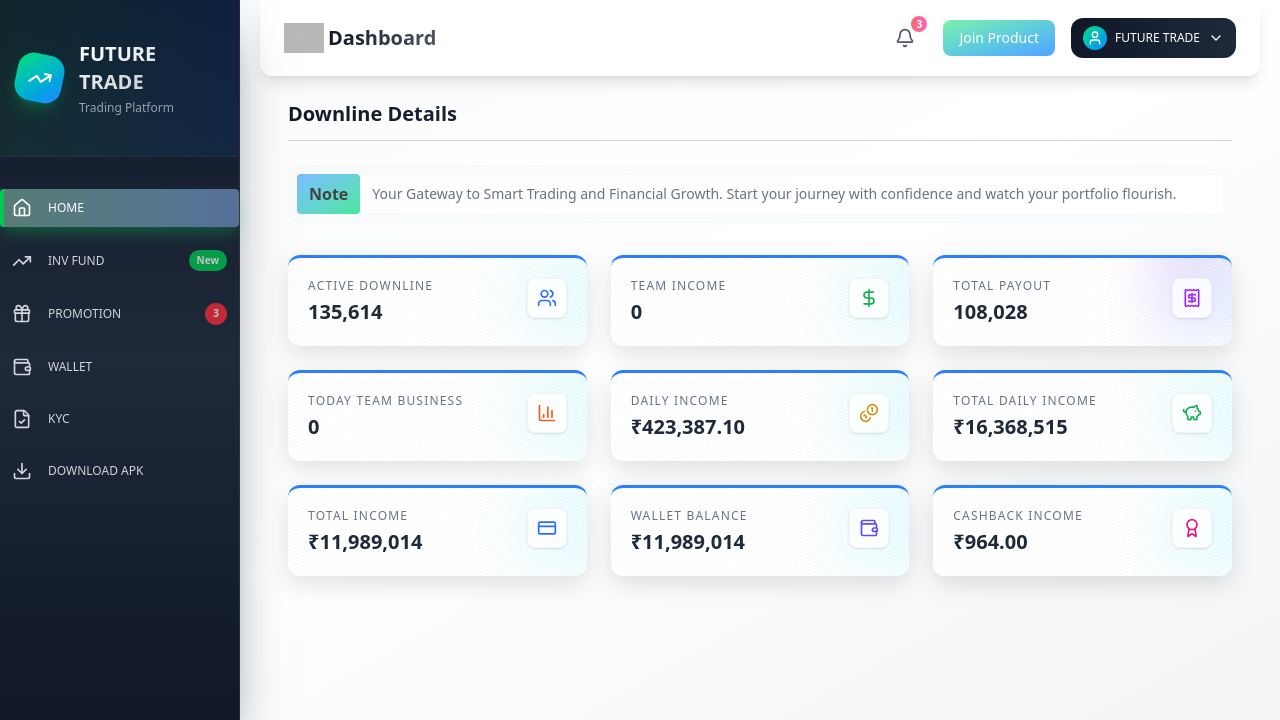
Repository: GauraVPandeyyy/Trade
Page: /
These files come from the project's save history. The page is drawn as it stood at one moment and after the next save; the edit follows.
The browser window is 1280 px wide. The pictures show the whole page.
Pictures or frames that could not be fetched are drawn as grey boxes. The project was rebuilt for these pictures with package versions that can differ from the ones it lists, and the page was loaded fresh each time. Some packages were replaced by stand-ins written for this rebuild. Also part of the build but not shown: vite.config.js, src/pages/Home.jsx, src/pages/InvFund.jsx, src/pages/Promotion.jsx, src/pages/Wallet.jsx, src/pages/Kyc.jsx, src/pages/DownloadApk.jsx.

Above is the page before, as saved 2025-08-02 13:39:13.

### src/main.jsx
import { StrictMode } from 'react'
import { createRoot } from 'react-dom/client'
import './index.css'
import App from './App.jsx'
import { BrowserRouter, RouterProvider } from 'react-router-dom'
import router from './routes.jsx/router.jsx'

createRoot(document.getElementById('root')).render(
  <StrictMode>
    <RouterProvider router={router} />
  </StrictMode>,
)

### src/App.jsx
import React from 'react'
import Sidebar from './components/Sidebar'
import { Outlet } from 'react-router-dom'
import Dashboard from './pages/Dashboard'
function App() {
  return (
    // <div className='text-center bg-gray-950 relative text-white min-h-screen w-screen'>
    //   <div className='absolute top-0 left-0 bottom-0 w-[300px] h-screen'>
    //     <Sidebar />
    //   </div>
    //   <Outlet />
    //   <h1>hello from h1</h1>
    // </div>
    <Dashboard />
  )
}

export default App

### src/routes.jsx/router.jsx
import App from "../App";
import Home from "../pages/Home";
import InvFund from "../pages/InvFund";
import Promotion from "../pages/Promotion";
import Wallet from "../pages/Wallet";
import Kyc from "../pages/Kyc";
import DownloadApk from "../pages/DownloadApk";
import { createBrowserRouter } from "react-router-dom";

const router = createBrowserRouter([
    {
        path: "/",
        element: <App />,
        children: [
            { path: "", element: <Home /> },
            { path: "inv-fund", element: <InvFund /> },
            { path: "promotion", element: <Promotion /> },
            { path: "wallet", element: <Wallet /> },
            { path: "kyc", element: <Kyc /> },
            { path: "download", element: <DownloadApk /> },
        ],
    },
]);

export default router;

### src/pages/Dashboard.jsx
import React, { useState, useEffect } from 'react';
import {
  Home,
  TrendingUp,
  Gift,
  Wallet,
  FileCheck,
  Download,
  Menu,
  X,
  Bell,
  ChevronDown,
  Users,
  DollarSign,
  CreditCard,
  BarChart3,
  PiggyBank,
  Coins,
  Receipt,
  Award,
  Search,
  Settings,
  LogOut,
  User
} from 'lucide-react';
import Sidebar from '../components/Sidebar';
import Header from '../components/Header';
import DashboardCard from '../components/DashboardCard'
// Enhanced hook for sidebar with responsive behavior
const useSidebarToggle = () => {
  const [isOpen, setIsOpen] = useState(false);
  const [isMobile, setIsMobile] = useState(false);

  useEffect(() => {
    const checkScreenSize = () => {
      setIsMobile(window.innerWidth < 768);
      if (window.innerWidth >= 768) {
        setIsOpen(false); // Reset mobile state when going to desktop
      }
    };

    checkScreenSize();
    window.addEventListener('resize', checkScreenSize);
    return () => window.removeEventListener('resize', checkScreenSize);
  }, []);

  const toggle = () => setIsOpen(!isOpen);
  const close = () => setIsOpen(false);

  return { isOpen, toggle, close, isMobile };
};



// Main Dashboard Component
const Dashboard = () => {
  const { isOpen, toggle, close, isMobile } = useSidebarToggle();
  const [statsVisible, setStatsVisible] = useState(false);

  useEffect(() => {
    const timer = setTimeout(() => setStatsVisible(true), 300);
    return () => clearTimeout(timer);
  }, []);

  const dashboardData = [
    { icon: Users, label: "Active Downline", value: "135,614", color: "text-blue-600", trend: 12.5 },
    { icon: DollarSign, label: "Team Income", value: "0", color: "text-green-600", trend: 0 },
    { icon: Receipt, label: "Total Payout", value: "108,028", color: "text-purple-600", trend: -2.1 },
    { icon: BarChart3, label: "Today Team Business", value: "0", color: "text-orange-600", trend: 0 },
    { icon: Coins, label: "Daily Income", value: "₹423,387.10", color: "text-yellow-600", trend: 8.3 },
    { icon: PiggyBank, label: "Total Daily Income", value: "₹16,368,515", color: "text-green-600", trend: 15.7 },
    { icon: CreditCard, label: "Total Income", value: "₹11,989,014", color: "text-blue-600", trend: 22.4 },
    { icon: Wallet, label: "Wallet Balance", value: "₹11,989,014", color: "text-indigo-600", trend: 5.2 },
    { icon: Award, label: "Cashback Income", value: "₹964.00", color: "text-pink-600", trend: 3.1 },
  ];

  return (
    <div className="flex min-h-screen bg-gradient-to-br from-gray-50 via-white to-gray-100">
      {/* Sidebar */}
      <Sidebar isOpen={isOpen} onClose={close} isMobile={isMobile} />

      {/* Main Content */}
      <div className={`flex-1 flex flex-col transition-all duration-300 px-5 ${!isMobile ? 'ml-0' : ''}`}>
        {/* Header */}
        <Header onMenuClick={toggle} isMobile={isMobile} />

        {/* Main Content Area */}
        <main className="flex-1 py-6 px-7 space-y-8">
          {/* Page Header */}
          <div className={`transform transition-all duration-500 ${statsVisible ? 'translate-y-0 opacity-100' : 'translate-y-4 opacity-0'}`}>
            <div className="mb-6">

              <h2 className="text-xl font-semibold bg-gradient-to-r from-gray-900 to-gray-600 bg-clip-text text-transparent mb-3">
                Downline Details
              </h2>
              <hr className='w-[100%] text-gray-300' />
              {/* <p className="text-gray-600 text-sm">Monitor your network growth and earnings</p> */}

            </div>

            {/* Enhanced Note Section */}
            <div className="relative bg-gradient-to-r from-gray-50 to-gray-50 border border-green-50 rounded-xl p-2 mb-6 overflow-hidden animate-pulse">
              {/* <div className="absolute inset-0 bg-gradient-to-r from-green-500/5 to-blue-500/5"></div> */}
              <div className="relative flex items-center space-x-0">
                {/* <div className="w-10 h-10 bg-gradient-to-br from-green-500 to-blue-500 rounded-2xl flex items-center justify-center text-white shadow-lg">
                  <Gift size={20} />
                </div> */}

                <h5 className='font-bold bg-gradient-to-br from-blue-400 to-green-400 px-3 py-2 rounded'>
                  Note
                </h5>

                <div className="flex-1">
                  {/* <h3 className="text-md font-semibold text-gray-900 ">Welcome to Future Trade</h3> */}
                  <p className="text-gray-700 leading-relaxed text-[14px] bg-white py-2 px-3">
                    Your Gateway to Smart Trading and Financial Growth. Start your journey with confidence and watch your portfolio flourish.
                  </p>
                </div>
              </div>
            </div>
          </div>

          {/* Dashboard Cards Grid */}
          <div className="grid grid-cols-1 md:grid-cols-2 lg:grid-cols-3 gap-6">
            {dashboardData.map((card, index) => (
              <DashboardCard
                key={index}
                icon={card.icon}
                label={card.label}
                value={card.value}
                colorClass={card.color}
                trend={card.trend}
                delay={100}
              />
            ))}
          </div>

          {/* Quick Actions */}
          {/* <div className="mt-8">
            <h3 className="text-xl font-semibold text-gray-900 mb-4">Quick Actions</h3>
            <div className="grid grid-cols-2 md:grid-cols-4 gap-4">
              {[
                { icon: TrendingUp, label: "New Investment", color: "from-green-500 to-green-600" },
                { icon: Users, label: "Invite Friends", color: "from-blue-500 to-blue-600" },
                { icon: Wallet, label: "Withdraw Funds", color: "from-purple-500 to-purple-600" },
                { icon: BarChart3, label: "View Reports", color: "from-orange-500 to-orange-600" },
              ].map((action, index) => (
                <button
                  key={index}
                  className={`
                    p-6 bg-gradient-to-br ${action.color} text-white rounded-2xl
                    hover:scale-105 hover:shadow-lg transition-all duration-300
                    group relative overflow-hidden
                  `}
                  style={{ animationDelay: `${index * 100}ms` }}
                >
                  <div className="relative z-10 text-center">
                    <action.icon size={24} className="mx-auto mb-2 group-hover:scale-110 transition-transform duration-300" />
                    <p className="text-sm font-medium">{action.label}</p>
                  </div>
                  <div className="absolute inset-0 bg-gradient-to-r from-white/20 to-transparent transform -skew-x-12 -translate-x-full group-hover:translate-x-full transition-transform duration-1000"></div>
                </button>
              ))}
            </div>
          </div> */}

          {/* <div className="mt-10">
            <h3 className="text-2xl font-bold text-gray-900 mb-6">Quick Actions</h3>
            <div className="grid grid-cols-2 md:grid-cols-4 gap-5">
              {[
                {
                  icon: TrendingUp,
                  label: "New Investment",
                  color: "from-teal-500 to-cyan-600",
                  hoverColor: "hover:shadow-teal-500/20",
                  iconBg: "bg-teal-400/10"
                },
                {
                  icon: Users,
                  label: "Invite Friends",
                  color: "from-indigo-500 to-blue-500",
                  hoverColor: "hover:shadow-indigo-500/20",
                  iconBg: "bg-indigo-400/10"
                },
                {
                  icon: Wallet,
                  label: "Withdraw Funds",
                  color: "from-violet-600 to-purple-500",
                  hoverColor: "hover:shadow-violet-600/20",
                  iconBg: "bg-violet-400/10"
                },
                {
                  icon: BarChart3,
                  label: "View Reports",
                  color: "from-amber-400 to-orange-500",
                  hoverColor: "hover:shadow-amber-500/20",
                  iconBg: "bg-amber-400/10"
                }
              ].map((action, index) => (
                <button
                  key={index}
                  className={`
          p-6 bg-gradient-to-br ${action.color} text-white rounded-2xl
          hover:scale-[1.03] transform transition-all duration-300 ease-out
          shadow-md hover:shadow-lg ${action.hoverColor}
          group relative overflow-hidden border border-white/10
          flex flex-col items-center justify-center
          before:absolute before:inset-0 before:bg-white/5 before:opacity-0
          before:transition-opacity before:duration-300 hover:before:opacity-100
        `}
                  style={{
                    animationDelay: `${index * 100}ms`,
                    transitionDelay: `${index * 50}ms`
                  }}
                >

                  <div className="absolute inset-0 overflow-hidden">
                    <div className="absolute -inset-y-full -left-20 w-40 bg-white/30 transform rotate-12
            group-hover:animate-shimmer transition-all duration-1000" />
                  </div>

                  <div className="relative z-10 flex flex-col items-center">
                    <div className={`
            p-3 mb-3 rounded-xl bg-white/10 backdrop-blur-sm
            border border-white/20 group-hover:bg-white/15
            transition-all duration-300
          `}>
                      <action.icon
                        size={22}
                        className="group-hover:scale-110 transition-transform duration-300"
                        strokeWidth={1.5}
                      />
                    </div>
                    <p className="text-sm font-semibold tracking-wide">{action.label}</p>
                  </div>


                  <div className={`
          absolute -bottom-4 -right-4 w-16 h-16 rounded-full blur-lg
          bg-white/10 group-hover:bg-white/20 transition-all duration-500
        `}></div>
                </button>
              ))}
            </div>
          </div> */}
        </main>
      </div>

      <style jsx>{`
        @keyframes fadeInScale {
          from {
            opacity: 0;
            transform: scale(0.95) translateY(-10px);
          }
          to {
            opacity: 1;
            transform: scale(1) translateY(0);
          }
        }

        .animate-fadeInScale {
          animation: fadeInScale 0.2s ease-out;
        }
      `}</style>
    </div>
  );
};

export default Dashboard;

### src/components/DashboardCard.jsx
import { useState, useEffect } from 'react';


const DashboardCard = ({ icon: Icon, label, value, colorClass = "text-blue-600", trend, delay = 0 }) => {
  const [isVisible, setIsVisible] = useState(false);

  useEffect(() => {
    const timer = setTimeout(() => setIsVisible(true), delay);
    return () => clearTimeout(timer);
  }, [delay]);

  return (
    // <div
    //   className={`
    //     group relative bg-white rounded-2xl px-3 py-3 shadow-sm bg-gradient-to-br from-indigo-00 via-cyan-300 to-emerald-200  border border-gray-200
    //     hover:shadow-xl hover:shadow-gray-200/50 transition-all duration-300 cursor-pointer
    //     hover:-translate-y-2 hover:border-gray-200
    //     transform ${isVisible ? 'translate-y-0 opacity-100' : 'translate-y-8 opacity-0'}
    //     before:absolute before:inset-0 before:rounded-xl before:bg-gradient-to-r
    //     before:from-transparent before:via-transparent before:to-gray-50/50
    //     before:opacity-0 hover:before:opacity-100 before:transition-opacity before:duration-300
    //   `}
    //   style={{ transitionDelay: `${delay}ms` }}
    // >
    //   {/* Gradient overlay on hover */}
    //   <div className="absolute inset-0 rounded-xl bg-gradient-to-br from-white to-gray-50/30 opacity-0 group-hover:opacity-100 transition-opacity duration-300"></div>

    //   <div className="relative z-10 flex items-start justify-between">
    //     <div className="flex-1">
    //       <p className="text-xs font-medium text-gray-500 mb-2 tracking-wide uppercase">{label}</p>
    //       <div className="flex items-baseline space-x-2">
    //         <p className="text-lg font-bold text-gray-900 tracking-tight">{value}</p>
    //         {trend && (
    //           <span className={`text-xs font-medium ${trend >= 0 ? 'text-green-600' : 'text-red-600'}`}>
    //             {trend > 0 ? '+' : ''}{trend}%
    //           </span>
    //         )}
    //       </div>
    //     </div>
    //     <div className={`
    //       p-3 rounded-2xl transition-all duration-500 group-hover:scale-110 group-hover:rotate-6
    //       bg-gradient-to-br from-gray-50 to-gray-100 group-hover:from-white group-hover:to-gray-50
    //       ${colorClass} group-hover:shadow-lg
    //     `}>
    //       <Icon size={28} className="transition-transform duration-500 group-hover:scale-110" />
    //     </div>
    //   </div>

    //   {/* Animated bottom border */}
    //   <div className={`absolute bottom-0 left-0 h-1 bg-gradient-to-r ${colorClass.replace('text-', 'from-')} to-transparent rounded-b-2xl transition-all duration-500 w-0 group-hover:w-full`}></div>
    // </div>

    <div
      className={`
    relative h-auto border-t-3 rounded-xl p-5 overflow-hidden
    bg-white  border-t-blue-500
    shadow-[0_8px_24px_rgba(0,0,0,0.12)] hover:shadow-[0_12px_16px_rgba(0,0,0,0.18)]
    transition-all duration-300 ease-out
    transform ${isVisible ? 'translate-y-0 opacity-100' : 'translate-y-8 opacity-0'}
    hover:-translate-y-2 cursor-pointer
    group
  `}
      style={{ transitionDelay: `${delay}ms` }}
    >
      {/* Premium SVG background */}
      <div className="absolute inset-0 opacity-10 group-hover:opacity-20 transition-opacity duration-700">
        <svg width="100%" height="100%" viewBox="0 0 256 256" preserveAspectRatio="none">
          <defs>
            <pattern id="diagonalHatch" patternUnits="userSpaceOnUse" width="10" height="10">
              <path d="M-1,1 l2,-2 M0,10 l10,-10 M9,11 l2,-2" stroke="#888" strokeWidth="0.5" />
            </pattern>
          </defs>
          <rect width="100%" height="100%" fill="url(#diagonalHatch)" />
        </svg>
      </div>

      {/* Floating gradient accent */}
      <div className={`
    absolute -top-20 -right-20 w-40 h-40 rounded-xl blur-xl opacity-20
    bg-gradient-to-br ${colorClass.replace('text-', 'from-')} to-cyan-300
    transition-all duration-1000 group-hover:opacity-30 group-hover:-top-16
  `}></div>

      <div className="relative z-10 h-full flex flex-col">
        <div className="flex justify-between items-start">
          <div>
            <p className="text-xs font-medium text-gray-500 mb-1 tracking-widest uppercase">{label}</p>
            <p className="text-xl font-bold text-gray-800">{value}</p>
          </div>

          {/* Icon placed in top-right corner with better styling */}
          <div className={`
        w-10 h-10 rounded-lg flex items-center justify-center
        bg-white/80 backdrop-blur-sm shadow-sm
        border border-gray-100
        transition-all duration-500 group-hover:scale-110 group-hover:rotate-12
        ${colorClass}
      `}>
            <Icon size={20} className="opacity-90" />
          </div>
        </div>

        {/* {trend !== null && trend !== undefined && (
          <div className={`mt-auto w-fit inline-flex items-center px-3 py-1.5 rounded-full text-xs font-medium
    ${trend > 0 ? 'bg-green-50 text-green-700' : 'bg-red-50 text-red-700'}`}>
            {trend > 0 ? (
              <svg className="w-3 h-3 mr-1.5" fill="currentColor" viewBox="0 0 20 20">
                <path fillRule="evenodd" d="M14.707 12.707a1 1 0 01-1.414 0L10 9.414l-3.293 3.293a1 1 0 01-1.414-1.414l4-4a1 1 0 011.414 0l4 4a1 1 0 010 1.414z" clipRule="evenodd" />
              </svg>
            ) : (
              <svg className="w-3 h-3 mr-1.5" fill="currentColor" viewBox="0 0 20 20">
                <path fillRule="evenodd" d="M5.293 7.293a1 1 0 011.414 0L10 10.586l3.293-3.293a1 1 0 111.414 1.414l-4 4a1 1 0 01-1.414 0l-4-4a1 1 0 010-1.414z" clipRule="evenodd" />
              </svg>
            )}
            {Math.abs(trend)}%
          </div>
        )} */}

      </div>

      {/* Interactive border animation */}
      <div className={`
    absolute inset-0 rounded-2xl pointer-events-none
    border-2 border-transparent group-hover:border-white/30
    transition-all duration-700
  `}></div>
    </div>
  );
};

export default DashboardCard;

Loaded but not shown: index.html (common file); src/index.css (common file); src/components/Header.jsx (117 lines, source omitted); src/components/Sidebar.jsx (169 lines, source omitted)

After the next save:
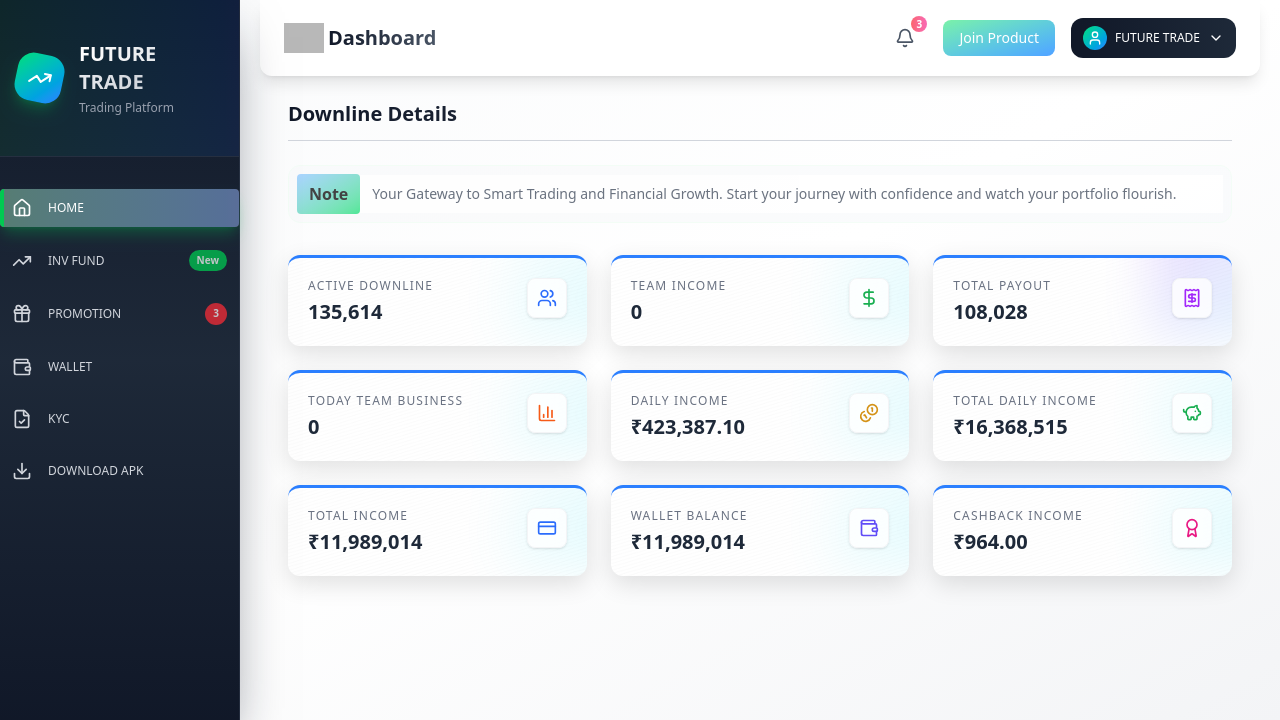
Saved 5 s later.
--- a/src/pages/Dashboard.jsx
+++ b/src/pages/Dashboard.jsx
@@ -106,7 +106,7 @@
                   <Gift size={20} />
                 </div> */}
 
-                <h5 className='font-bold bg-gradient-to-br from-blue-400 to-green-400 px-3 py-2 rounded'>
+                <h5 className='font-bold bg-gradient-to-br from-blue-300 to-green-400 px-3 py-2 rounded'>
                   Note
                 </h5>
 
